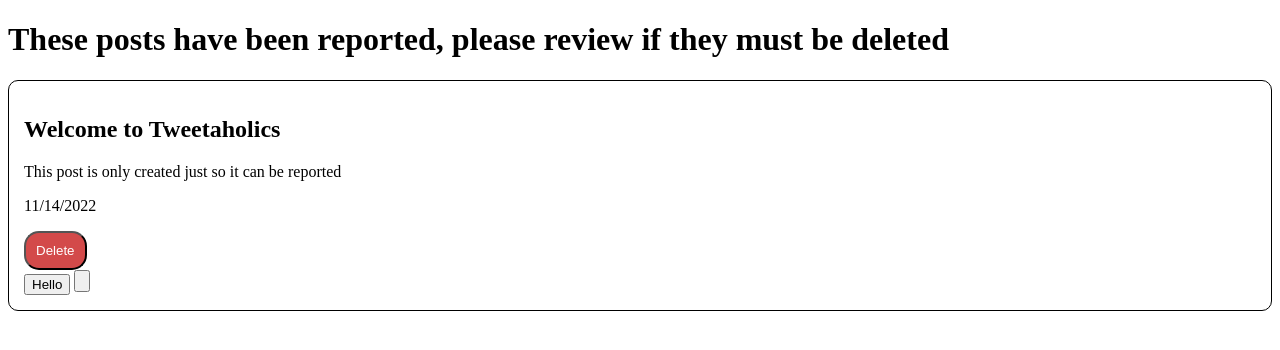
Repository: anagarango/Tweetaholic
Page: http://localhost/reported
These files come from the project's save history. The page is drawn as it stood at one moment and after the next save; the edit follows.
The browser window is 1280 px wide. The pictures show the whole page.
The page is served by the project's Node server (server.js).

Above is the page before, as saved 2022-11-14 12:38:43.

After the next save:
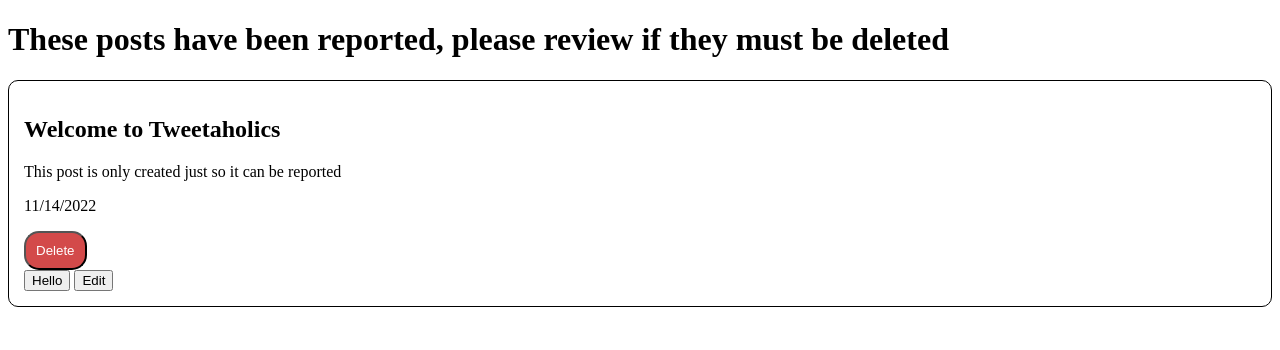
Saved 4 s later.
--- a/views/reported.ejs
+++ b/views/reported.ejs
@@ -37,7 +37,7 @@
         <button class="report" type="submit" href="/reportPosts/:id/report" onclick="Delete('<%= reportPosts.id %>', '<%= reportPosts.name %>')">Delete</button>
       </form>
       <button onclick="Delete('<%= reportPosts.id %>', '<%= reportPosts.name %>')">Hello</button>
-      <button
+      <button>Edit</button>
     </div>
 
   <% }) %>
